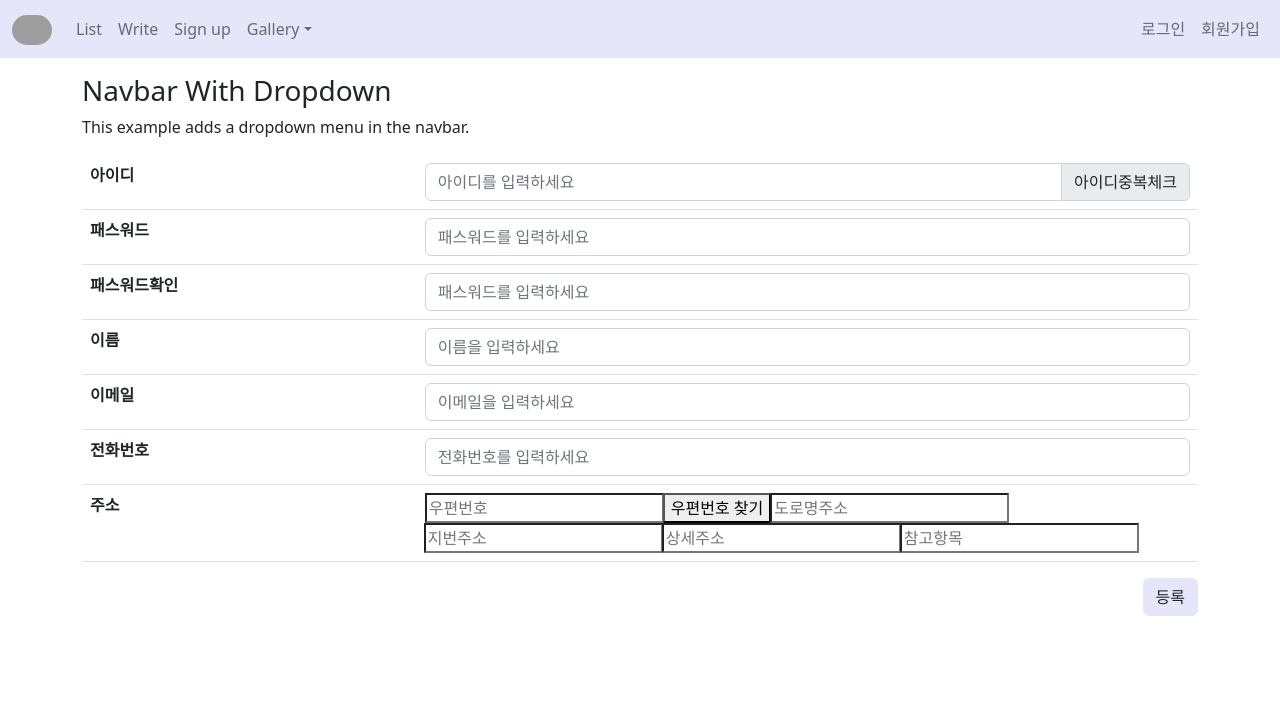
Repository: kwakhimoly/ws_backup
Page: http://localhost/myapp3/WEB-INF/views/member/member_write.jsp
These files come from the project's save history. The page is drawn as it stood at one moment and after the next save; the edit follows.
The browser window is 1280 px wide. The pictures show the whole page.
Pictures or frames that could not be fetched are drawn as grey boxes. The page is served by Tomcat 9. Nobody is signed in. Other server files are loaded and not shown. The template is opened directly, without the code that normally fills it, so the values that code supplies are empty.

Above is the page before, as saved 2023-02-13 06:12:28.

### spws/myapp3/src/main/webapp/WEB-INF/views/member/member_write.jsp
<%@ page language="java" contentType="text/html; charset=UTF-8"
	pageEncoding="UTF-8"%>
<!DOCTYPE html>
<html>
<head>
<meta charset="UTF-8">
<title>Insert title here</title>
<meta name="viewport" content="width=device-width, initial-scale=1">
<link
	href="https://cdn.jsdelivr.net/npm/bootstrap@5.2.3/dist/css/bootstrap.min.css"
	rel="stylesheet">
<script src="https://cdn.jsdelivr.net/npm/bootstrap@5.2.3/dist/js/bootstrap.bundle.min.js"></script>
<script src="https://ajax.googleapis.com/ajax/libs/jquery/3.6.1/jquery.min.js"></script>
<script src="//t1.daumcdn.net/mapjsapi/bundle/postcode/prod/postcode.v2.js"></script>
</head>
<body>
	<form name="myform" id="myform">
		<input type="hidden" name="idcheck" id="idcheck" value="N">
		<!-- 메뉴 -->
		<%@ include file="../include/navbar.jsp"%>



		<div class="container mt-3">
			<h3>Navbar With Dropdown</h3>
			<p>This example adds a dropdown menu in the navbar.</p>


			<table class="table">
				<colgroup>
					<col width="30%">
					<col width="*">
				</colgroup>
				<tbody>
					<tr>
						<th>아이디</th>
						<td>
							<div class="input-group">
								<input type="text" class="form-control" placeholder="아이디를 입력하세요"
									name="user_id" id="user_id"> <button type="button"
									class="input-group-text" onclick="goIdcheck()">아이디중복체크</button>
							</div>
						</td>
					</tr>
					<tr>
						<th>패스워드</th>
						<td>
							<div class="input-group">
								<input type="password" class="form-control"
									placeholder="패스워드를 입력하세요" name="password" id="password">
							</div>
						</td>
					</tr>
					<tr>
						<th>패스워드확인</th>
						<td>
							<div class="input-group">
								<input type="password" class="form-control"
									placeholder="패스워드를 입력하세요" name="password2" id="password2">
							</div>
						</td>
					</tr>
					<tr>
						<th>이름</th>
						<td>
							<div class="input-group">
								<input type="text" class="form-control" placeholder="이름을 입력하세요"
									name="user_name" id="user_name">
							</div>
						</td>
					</tr>
					<tr>
						<th>이메일</th>
						<td>
							<div class="input-group">
								<input type="email" class="form-control" placeholder="이메일을 입력하세요"
									name="email" id="email">
							</div>
						</td>
					</tr>
					<tr>
						<th>전화번호</th>
						<td>
							<div class="input-group">
								<input type="tel" class="form-control" placeholder="전화번호를 입력하세요"
									name="phone" id="phone">
							</div>
						</td>
					</tr>
					<tr>
						<th>주소</th>
						<td>
					<div class="input-group">
						<input type="text" id="sample4_postcode" placeholder="우편번호">
						<input type="button" onclick="sample4_execDaumPostcode()" value="우편번호 찾기"><br>
						<input type="text" id="sample4_roadAddress" placeholder="도로명주소">
						<input type="text" id="sample4_jibunAddress" placeholder="지번주소">
						<span id="guide" style="color:#999;display:none"></span>
						<input type="text" id="sample4_detailAddress" placeholder="상세주소">
						<input type="text" id="sample4_extraAddress" placeholder="참고항목">
					</div>
						</td>
					</tr>
				</tbody>
			</table>
		</div>

		</div>

		<div class="container" style="text-align: right">
			<button type="button" class="btn" style="background-color: lavender" onclick="goSave()">등록</button>
		</div>
	</form>
</body>


<script>
    //본 예제에서는 도로명 주소 표기 방식에 대한 법령에 따라, 내려오는 데이터를 조합하여 올바른 주소를 구성하는 방법을 설명합니다.
    function sample4_execDaumPostcode() {
        new daum.Postcode({
            oncomplete: function(data) {
                // 팝업에서 검색결과 항목을 클릭했을때 실행할 코드를 작성하는 부분.

                // 도로명 주소의 노출 규칙에 따라 주소를 표시한다.
                // 내려오는 변수가 값이 없는 경우엔 공백('')값을 가지므로, 이를 참고하여 분기 한다.
                var roadAddr = data.roadAddress; // 도로명 주소 변수
                var extraRoadAddr = ''; // 참고 항목 변수

                // 법정동명이 있을 경우 추가한다. (법정리는 제외)
                // 법정동의 경우 마지막 문자가 "동/로/가"로 끝난다.
                if(data.bname !== '' && /[동|로|가]$/g.test(data.bname)){
                    extraRoadAddr += data.bname;
                }
                // 건물명이 있고, 공동주택일 경우 추가한다.
                if(data.buildingName !== '' && data.apartment === 'Y'){
                   extraRoadAddr += (extraRoadAddr !== '' ? ', ' + data.buildingName : data.buildingName);
                }
                // 표시할 참고항목이 있을 경우, 괄호까지 추가한 최종 문자열을 만든다.
                if(extraRoadAddr !== ''){
                    extraRoadAddr = ' (' + extraRoadAddr + ')';
                }

                // 우편번호와 주소 정보를 해당 필드에 넣는다.
                document.getElementById('sample4_postcode').value = data.zonecode;
                document.getElementById("sample4_roadAddress").value = roadAddr;
                document.getElementById("sample4_jibunAddress").value = data.jibunAddress;

                // 참고항목 문자열이 있을 경우 해당 필드에 넣는다.
                if(roadAddr !== ''){
                    document.getElementById("sample4_extraAddress").value = extraRoadAddr;
                } else {
                    document.getElementById("sample4_extraAddress").value = '';
                }

                var guideTextBox = document.getElementById("guide");
                // 사용자가 '선택 안함'을 클릭한 경우, 예상 주소라는 표시를 해준다.
                if(data.autoRoadAddress) {
                    var expRoadAddr = data.autoRoadAddress + extraRoadAddr;
                    guideTextBox.innerHTML = '(예상 도로명 주소 : ' + expRoadAddr + ')';
                    guideTextBox.style.display = 'block';

                } else if(data.autoJibunAddress) {
                    var expJibunAddr = data.autoJibunAddress;
                    guideTextBox.innerHTML = '(예상 지번 주소 : ' + expJibunAddr + ')';
                    guideTextBox.style.display = 'block';
                } else {
                    guideTextBox.innerHTML = '';
                    guideTextBox.style.display = 'none';
                }
            }
        }).open();
    }

function goSave() {
	if($("#idcheck").val()=="N"){
		alert("아이디 중복체크를 하세요");
		$("#user_id").focus();
		return;
	}
	var frm = document.myform;
	frm.action="<%=request.getContextPath()%>/member/save";
//	$("#user_id").prop("disabled", false);
//		-> disabled 쓰고 싶은데 폼 전송으로 값 전달도 해야 하면 submit 전에 disabled 해제
	frm.submit();
}
function goIdcheck(){
	let user_id = $("#user_id").val().trim();

	if(user_id==""){
		alert("아이디를 입력하세요");
		$("#user_id").focus();
		return;
	}

	$.ajax({
		url:"<%=request.getContextPath()%>/member/idcheck",
		data: {"user_id":user_id},
		method: "POST",
		dataType: "JSON"
	})
	.done(function (response){
		if(response.result=="success"){
			$("#idcheck").val("Y");
			$("#user_id").prop("readonly", true);
			/*
			prop("disabled",true)로 하면 파라미터 값이 안 넘어감
			readonly : input type="text" 에만 가능. 사용자는 value 값을 변경할 수 없음.
			disabled : 모든 input 객체에 대하여 비활성화 처리 가능. Form 전송시 해당 객체는 전송이 안됨.
			*/
			alert("사용가능한 아이디입니다.");
		} else{
			alert("이미 사용중인 아이디입니다.");
		}
	})
	.fail(function (response, status, error){
		console.log(error);
	});
}
</script>
</html>

### spws/myapp3/src/main/webapp/WEB-INF/views/include/navbar.jsp
<%@ page language="java" contentType="text/html; charset=UTF-8"
	pageEncoding="UTF-8"%>
<!-- 메뉴 -->
<meta charset="UTF-8">
<!-- 한글 깨짐 방지 -->
<%
// 공통변수 CONTEXT 만들어 놓고 갖다 쓰기
String CONTEXT = request.getContextPath();
%>


<nav class="navbar navbar-expand-sm navbar-light" style="background-color: lavender">
	<div class="container-fluid">
		<a class="navbar-brand" href="<%=CONTEXT%>"> <img
			src="https://imjustcreative.com/wp-content/uploads/2015/11/Screenshot-2019-11-23-17.32.44.jpg" alt="Avatar Logo"
			style="width: 40px;" class="rounded-pill">
		</a>

		<button class="navbar-toggler" type="button" data-bs-toggle="collapse"
			data-bs-target="#collapsibleNavbar">
			<span class="navbar-toggler-icon"></span>
		</button>
		<div class="collapse navbar-collapse" id="collapsibleNavbar">
			<ul class="navbar-nav">
				<li class="nav-item"><a class="nav-link"
					href="<%=CONTEXT%>/board/list?pg=0">List</a></li>
				<li class="nav-item"><a class="nav-link"
					href="<%=CONTEXT%>/board/write">Write</a></li>
				<li class="nav-item"><a class="nav-link"
					href="<%=CONTEXT%>/member/write">Sign up</a></li>
				<li class="nav-item dropdown"><a
					class="nav-link dropdown-toggle" href="#" role="button"
					data-bs-toggle="dropdown">Gallery</a>
					<ul class="dropdown-menu">
						<li><a class="dropdown-item" href="<%=CONTEXT%>/gallery/list">Gallery list</a></li>
						<li><a class="dropdown-item" href="<%=CONTEXT%>/gallery/write">Gallery write</a></li>
						<li><a class="dropdown-item" href="#">A third link</a></li>
					</ul></li>
			</ul>
		</div>
		<%if(session.getAttribute("user_id")==null||session.getAttribute("user_id").equals("")) {%>
			<ul class="navbar-nav justify-content-end">
				<li class="nav-item">
				<a class="nav-link" href="<%=CONTEXT%>/member/login">로그인</a>
				</li>
				<li class="nav-item">
				<a class="nav-link" href="<%=CONTEXT%>/member/write">회원가입</a>
				</li>
			</ul>
		<%} else {%>
			<ul class="navbar-nav justify-content-end">
				<li class="nav-item">
				<a class="nav-link" href="#none"><%=session.getAttribute("user_name") %></a>
				</li>
				<li class="nav-item">
				<a class="nav-link" href="#none" onclick="goLogout()">로그아웃</a>
				</li>
			</ul>
		<%} %>
	</div>
</nav>
<script type="text/javascript">
function goLogout() {
	$.ajax({
		url:"<%=request.getContextPath()%>/member/logout",
		method:"POST",
		dataType:"JSON"
	})
	.done(function (response){
		alert(response.message);
		if(response.result=="success"){
			location.href="<%=request.getContextPath()%>/";
		}
	})
	.fail((response, status, error)=>{
		console.log(error);
	});
}

</script>

After the next save:
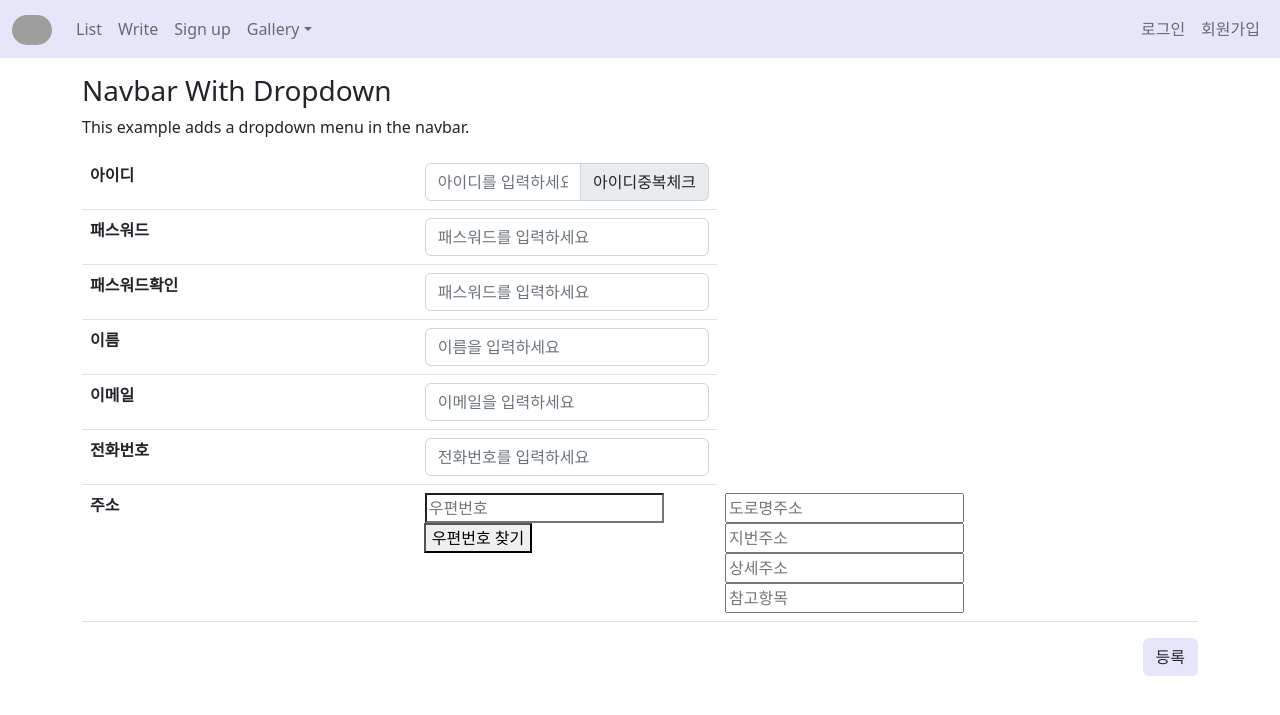
Saved 3 min 15 s later.
--- a/spws/myapp3/src/main/webapp/WEB-INF/views/member/member_write.jsp
+++ b/spws/myapp3/src/main/webapp/WEB-INF/views/member/member_write.jsp
@@ -93,13 +93,17 @@
 					<div class="input-group">
 						<input type="text" id="sample4_postcode" placeholder="우편번호">
 						<input type="button" onclick="sample4_execDaumPostcode()" value="우편번호 찾기"><br>
+					</div>
+						</td>
+					<div class="input-group">
+						<td>
 						<input type="text" id="sample4_roadAddress" placeholder="도로명주소">
 						<input type="text" id="sample4_jibunAddress" placeholder="지번주소">
 						<span id="guide" style="color:#999;display:none"></span>
 						<input type="text" id="sample4_detailAddress" placeholder="상세주소">
 						<input type="text" id="sample4_extraAddress" placeholder="참고항목">
+						</td>
 					</div>
-						</td>
 					</tr>
 				</tbody>
 			</table>
